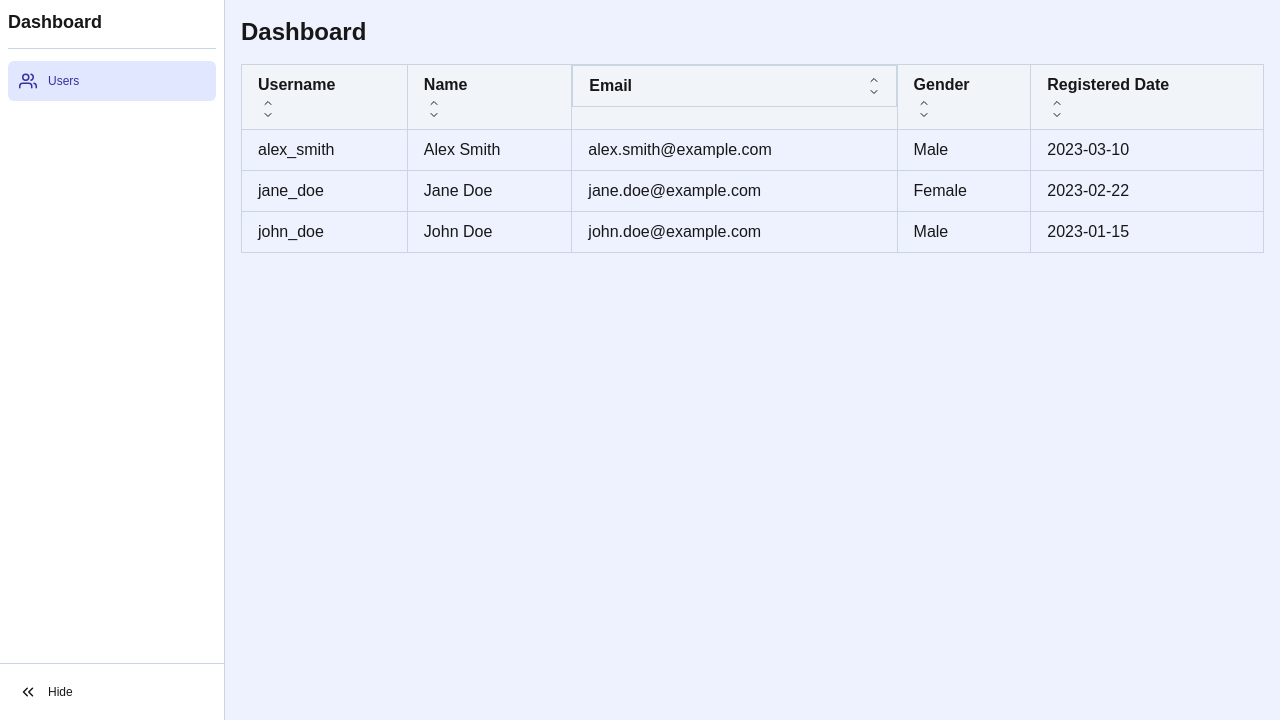
Repository: Ademaulana100499/userdashboard
Page: /
These files come from the project's save history. The page is drawn as it stood at one moment and after the next save; the edit follows.
The browser window is 1280 px wide. The pictures show the whole page.
The project was rebuilt for these pictures with package versions that can differ from the ones it lists, and the page was loaded fresh each time. The framework's server and built-in components were replaced by stand-ins that run in the browser. Also part of the build but not shown: next.config.mjs.

Above is the page before, as saved 2025-02-14 18:50:56.

### src/pages/index.js
import React from "react";
import Sidebar from "@/components/Sidebar";
import DashboardContent from "@/components/DashboardContent";
const Dashboard = () => {
  return (
    <div className="flex bg-indigo-50">
      <Sidebar />
      <DashboardContent />
    </div>
  );
};

export default Dashboard;

### src/components/Sidebar.jsx
import React, { useState } from "react";
import { FiChevronsRight, FiUsers } from "react-icons/fi";
import { motion } from "framer-motion";
const Sidebar = () => {
  const [open, setOpen] = useState(true);
  const [selected, setSelected] = useState("Users");

  return (
    <motion.nav
      layout
      className="sticky top-0 h-screen shrink-0 border-r border-slate-300 bg-white p-2"
      style={{
        width: open ? "225px" : "fit-content",
      }}>
      <TitleSection open={open} />

      <div className="space-y-1">
        <Option
          Icon={FiUsers}
          title="Users"
          selected={selected}
          setSelected={setSelected}
          open={open}
        />
      </div>

      <ToggleClose open={open} setOpen={setOpen} />
    </motion.nav>
  );
};

const Option = ({ Icon, title, selected, setSelected, open, notifs }) => {
  return (
    <motion.button
      layout
      onClick={() => setSelected(title)}
      className={`relative flex h-10 w-full items-center rounded-md transition-colors ${
        selected === title
          ? "bg-indigo-100 text-indigo-800"
          : "text-slate-500 hover:bg-slate-100"
      }`}>
      <motion.div
        layout
        className="grid h-full w-10 place-content-center text-lg">
        <Icon />
      </motion.div>
      {open && (
        <motion.span
          layout
          initial={{ opacity: 0, y: 12 }}
          animate={{ opacity: 1, y: 0 }}
          transition={{ delay: 0.125 }}
          className="text-xs font-medium">
          {title}
        </motion.span>
      )}

      {notifs && open && (
        <motion.span
          initial={{ scale: 0, opacity: 0 }}
          animate={{
            opacity: 1,
            scale: 1,
          }}
          style={{ y: "-50%" }}
          transition={{ delay: 0.5 }}
          className="absolute right-2 top-1/2 size-4 rounded bg-indigo-500 text-xs text-white">
          {notifs}
        </motion.span>
      )}
    </motion.button>
  );
};

const TitleSection = ({ open }) => {
  return (
    <div className="mb-3 border-b border-slate-300 pb-3">
      <div className="flex cursor-pointer items-center justify-between rounded-md transition-colors hover:bg-slate-100">
        <div className="flex justify-center items-center">
          {open && (
            <motion.div
              layout
              initial={{ opacity: 0, y: 12 }}
              animate={{ opacity: 1, y: 0 }}
              transition={{ delay: 0.125 }}>
              <span className="block text-lg font-semibold">Dashboard</span>
            </motion.div>
          )}
        </div>
      </div>
    </div>
  );
};

const ToggleClose = ({ open, setOpen }) => {
  return (
    <motion.button
      layout
      onClick={() => setOpen((pv) => !pv)}
      className="absolute bottom-0 left-0 right-0 border-t border-slate-300 transition-colors hover:bg-slate-100">
      <div className="flex items-center p-2">
        <motion.div
          layout
          className="grid size-10 place-content-center text-lg">
          <FiChevronsRight
            className={`transition-transform ${open && "rotate-180"}`}
          />
        </motion.div>
        {open && (
          <motion.span
            layout
            initial={{ opacity: 0, y: 12 }}
            animate={{ opacity: 1, y: 0 }}
            transition={{ delay: 0.125 }}
            className="text-xs font-medium">
            Hide
          </motion.span>
        )}
      </div>
    </motion.button>
  );
};

export default Sidebar;

### src/components/DashboardContent.jsx
import { FiChevronUp, FiChevronDown } from "react-icons/fi";
import { useState } from "react";

const DashboardContent = () => {
  const [sortConfig, setSortConfig] = useState({
    key: "username",
    direction: "asc",
  });

  const data = [
    {
      username: "john_doe",
      name: "John Doe",
      email: "john.doe@example.com",
      gender: "Male",
      registeredDate: "2023-01-15",
    },
    {
      username: "jane_doe",
      name: "Jane Doe",
      email: "jane.doe@example.com",
      gender: "Female",
      registeredDate: "2023-02-22",
    },
    {
      username: "alex_smith",
      name: "Alex Smith",
      email: "alex.smith@example.com",
      gender: "Male",
      registeredDate: "2023-03-10",
    },
  ];

  const sortedData = [...data].sort((a, b) => {
    if (sortConfig.key) {
      const aValue = a[sortConfig.key];
      const bValue = b[sortConfig.key];

      if (aValue < bValue) return sortConfig.direction === "asc" ? -1 : 1;
      if (aValue > bValue) return sortConfig.direction === "asc" ? 1 : -1;
      return 0;
    }
    return 0;
  });

  const requestSort = (key) => {
    let direction = "asc";
    if (sortConfig.key === key && sortConfig.direction === "asc") {
      direction = "desc";
    }
    setSortConfig({ key, direction });
  };

  const getArrowIcon = (column) => {
    if (sortConfig.key === column) {
      return sortConfig.direction === "asc" ? (
        <FiChevronUp className="text-xs ml-1" />
      ) : (
        <FiChevronDown className="text-xs ml-1" />
      );
    }
    return <FiChevronUp className="text-xs ml-1 opacity-50" />;
  };

  return (
    <div className="flex-1 p-4">
      <h1 className="text-2xl font-semibold mb-4">Dashboard</h1>
      <table className="min-w-full table-auto border-collapse border border-slate-300">
        <thead>
          <tr className="bg-slate-100">
            <th
              className="border border-slate-300 px-4 py-2 text-left cursor-pointer"
              onClick={() => requestSort("username")}>
              Username{" "}
              <div>
                <FiChevronUp className="text-xs ml-1" />
                <FiChevronDown className="text-xs ml-1" />
              </div>
            </th>
            <th
              className="border border-slate-300 px-4 py-2 text-left cursor-pointer"
              onClick={() => requestSort("name")}>
              Name{" "}
              <div>
                <FiChevronUp className="text-xs ml-1" />
                <FiChevronDown className="text-xs ml-1" />
              </div>
            </th>
            <th
              className="border flex justify-between border-slate-300 px-4 py-2 text-left cursor-pointer"
              onClick={() => requestSort("email")}>
              Email
              <div>
                <FiChevronUp className="text-xs ml-1" />
                <FiChevronDown className="text-xs ml-1" />
              </div>
            </th>
            <th
              className="border border-slate-300 px-4 py-2 text-left cursor-pointer"
              onClick={() => requestSort("gender")}>
              Gender{" "}
              <div>
                <FiChevronUp className="text-xs ml-1" />
                <FiChevronDown className="text-xs ml-1" />
              </div>
            </th>
            <th
              className="border border-slate-300 px-4 py-2 text-left cursor-pointer"
              onClick={() => requestSort("registeredDate")}>
              Registered Date{" "}
              <div>
                <FiChevronUp className="text-xs ml-1" />
                <FiChevronDown className="text-xs ml-1" />
              </div>
            </th>
          </tr>
        </thead>
        <tbody>
          {sortedData.map((user, index) => (
            <tr key={index} className="hover:bg-slate-50">
              <td className="border border-slate-300 px-4 py-2">
                {user.username}
              </td>
              <td className="border border-slate-300 px-4 py-2">{user.name}</td>
              <td className="border border-slate-300 px-4 py-2">
                {user.email}
              </td>
              <td className="border border-slate-300 px-4 py-2">
                {user.gender}
              </td>
              <td className="border border-slate-300 px-4 py-2">
                {user.registeredDate}
              </td>
            </tr>
          ))}
        </tbody>
      </table>
    </div>
  );
};

export default DashboardContent;

Loaded but not shown: src/pages/_app.js (common file); src/pages/_document.js (common file); src/styles/globals.css (common file); tailwind.config.mjs (common file)

After the next save:
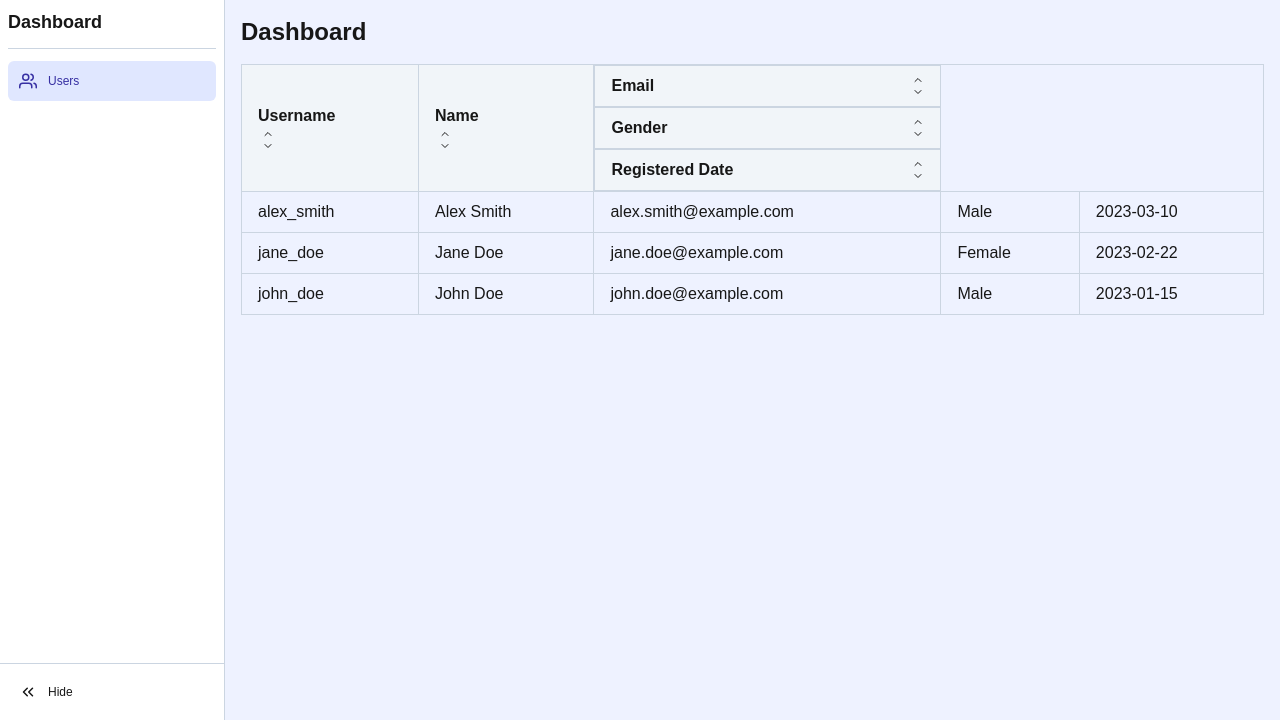
Saved 24 s later.
--- a/src/components/DashboardContent.jsx
+++ b/src/components/DashboardContent.jsx
@@ -96,7 +96,7 @@ const DashboardContent = () => {
               </div>
             </th>
             <th
-              className="border border-slate-300 px-4 py-2 text-left cursor-pointer"
+              className="border flex justify-between border-slate-300 px-4 py-2 text-left cursor-pointer"
               onClick={() => requestSort("gender")}>
               Gender{" "}
               <div>
@@ -105,7 +105,7 @@ const DashboardContent = () => {
               </div>
             </th>
             <th
-              className="border border-slate-300 px-4 py-2 text-left cursor-pointer"
+              className="border flex justify-between border-slate-300 px-4 py-2 text-left cursor-pointer"
               onClick={() => requestSort("registeredDate")}>
               Registered Date{" "}
               <div>
